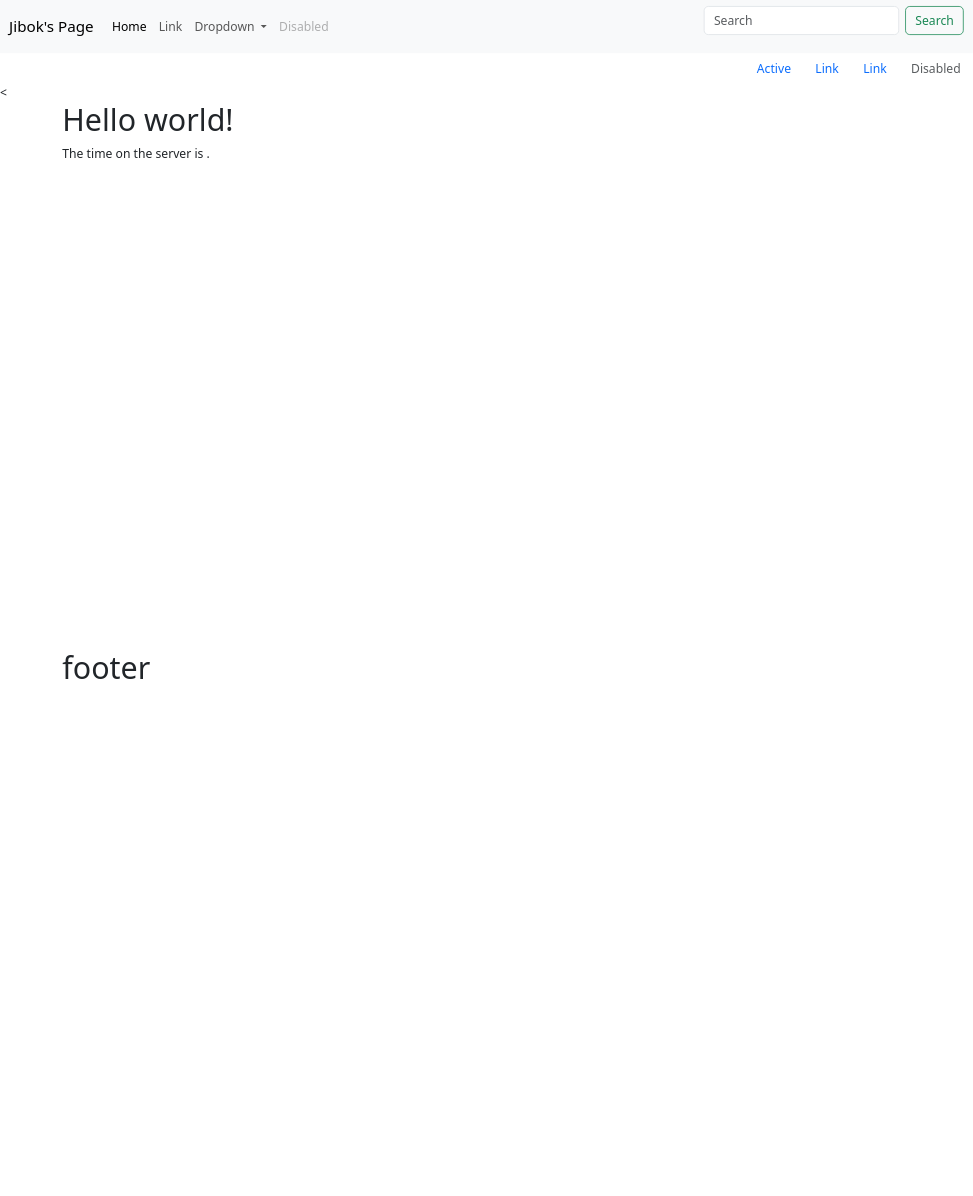
Repository: budflower44/Spring_project
Page: http://localhost/spring_seulmi/WEB-INF/views/index.jsp
An editor plug-in stored every save of this project. The page is shown before and after the next save, followed by the edit.
The browser window is 1280 px wide. The pictures show the whole page, at 76% of full size.
The page is served by Tomcat 9. Nobody is signed in. The template is opened directly, without the code that normally fills it, so the values that code supplies are empty.

Above is the page before, as saved 2024-01-17 05:04:23.

After the next save:
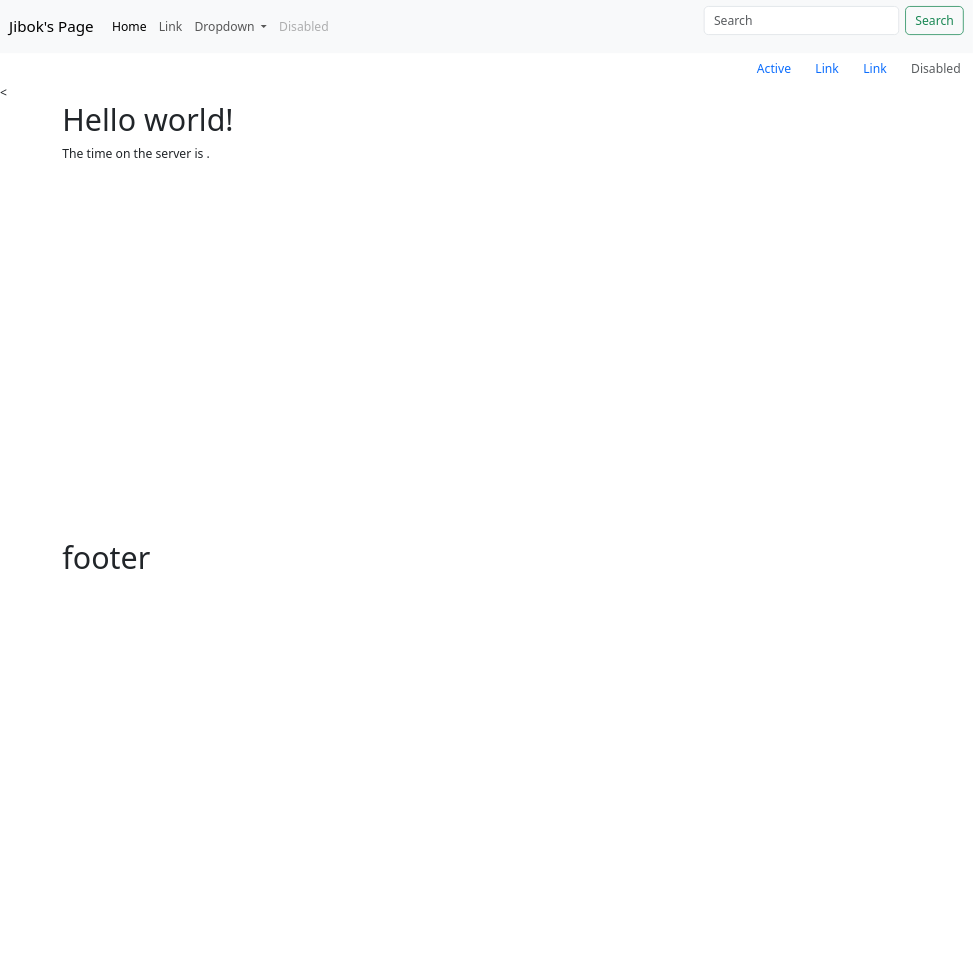
Saved 18 s later.
--- a/spring_seulmi/src/main/webapp/WEB-INF/views/index.jsp
+++ b/spring_seulmi/src/main/webapp/WEB-INF/views/index.jsp
@@ -3,7 +3,7 @@
 <jsp:include page="layout/Nav.jsp" />
 <<style>
 	.container{
-		height: 100vh;
+		height: 80vh;
 	}
 </style>
 
